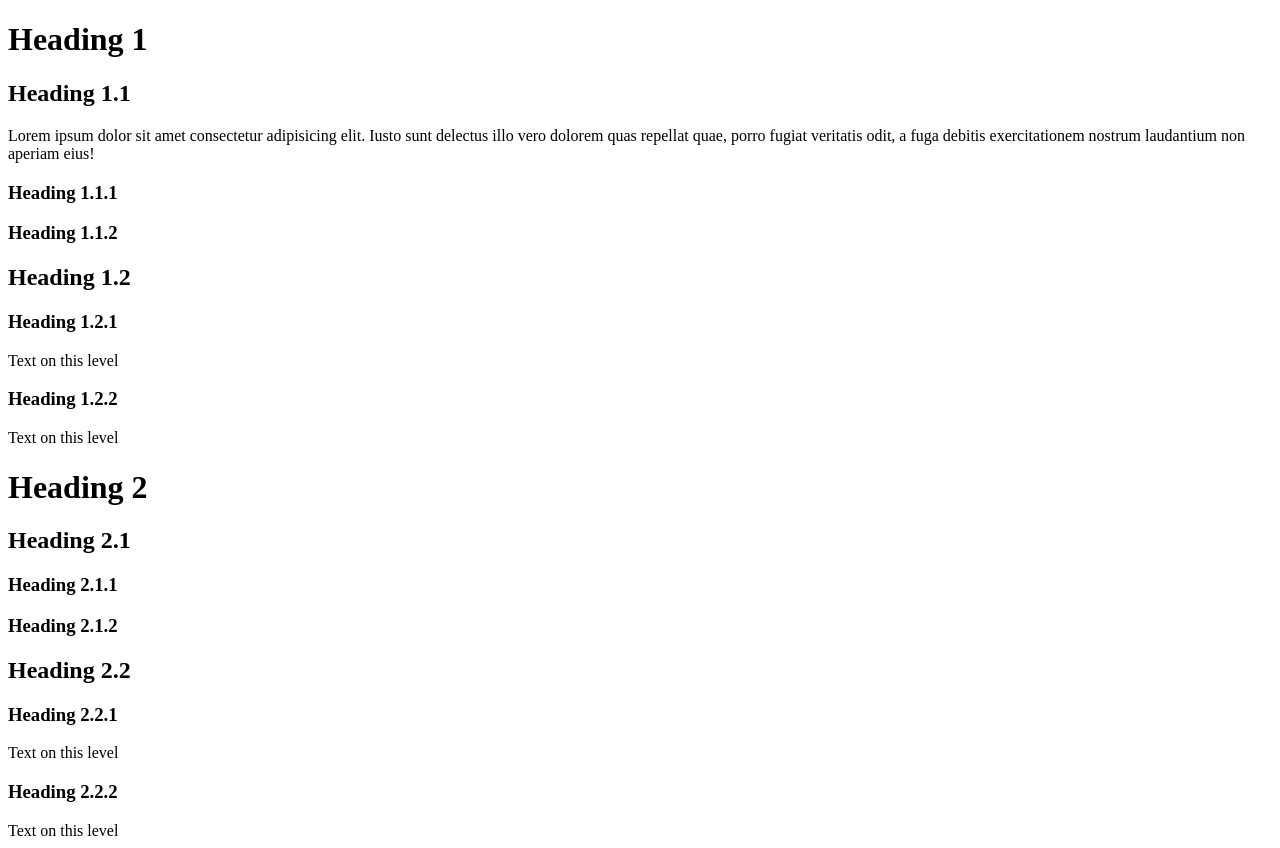
Repository: sammkrt/saltPrecourse
Page: html-trainingGround/index.html
The author's editor kept a copy of each file at every save. The page is drawn from the files as they stood at one save, then again after the next save.
The browser window is 1280 px wide. The pictures show the whole page.

Above is the page before, as saved 2022-12-15 14:22:53.

After the next save:
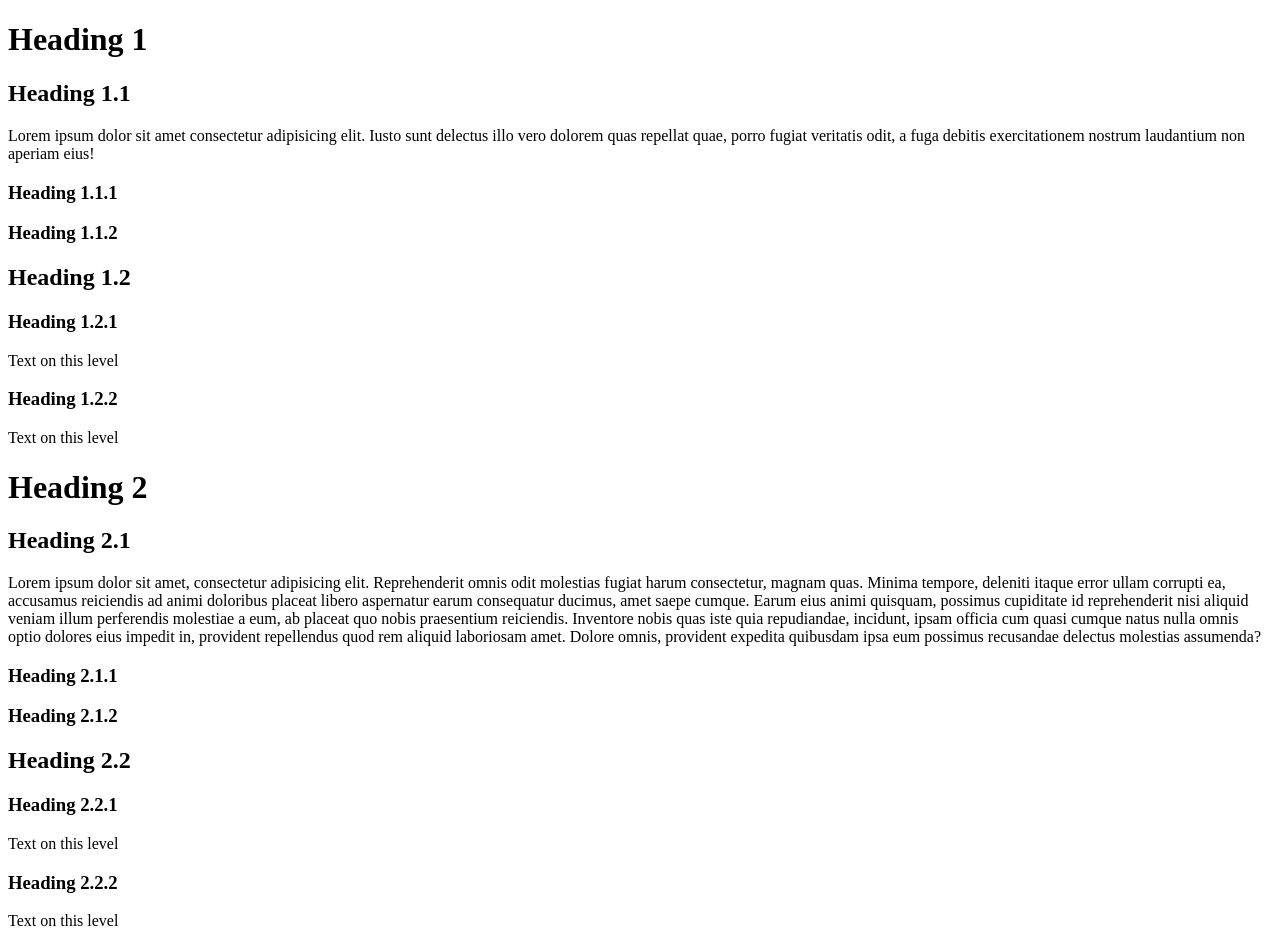
Saved 84 s later.
--- a/html-trainingGround/index.html
+++ b/html-trainingGround/index.html
@@ -19,6 +19,7 @@
     Text on this level
     <h1 class="large important">Heading 2</h1>
     <h2>Heading 2.1</h2>
+    <p>Lorem ipsum dolor sit amet, consectetur adipisicing elit. Reprehenderit omnis odit molestias fugiat harum consectetur, magnam quas. Minima tempore, deleniti itaque error ullam corrupti ea, accusamus reiciendis ad animi doloribus placeat libero aspernatur earum consequatur ducimus, amet saepe cumque. Earum eius animi quisquam, possimus cupiditate id reprehenderit nisi aliquid veniam illum perferendis molestiae a eum, ab placeat quo nobis praesentium reiciendis. Inventore nobis quas iste quia repudiandae, incidunt, ipsam officia cum quasi cumque natus nulla omnis optio dolores eius impedit in, provident repellendus quod rem aliquid laboriosam amet. Dolore omnis, provident expedita quibusdam ipsa eum possimus recusandae delectus molestias assumenda?</p>
     <h3>Heading 2.1.1</h3>
     <h3>Heading 2.1.2</h3>
     <h2>Heading 2.2</h2>
